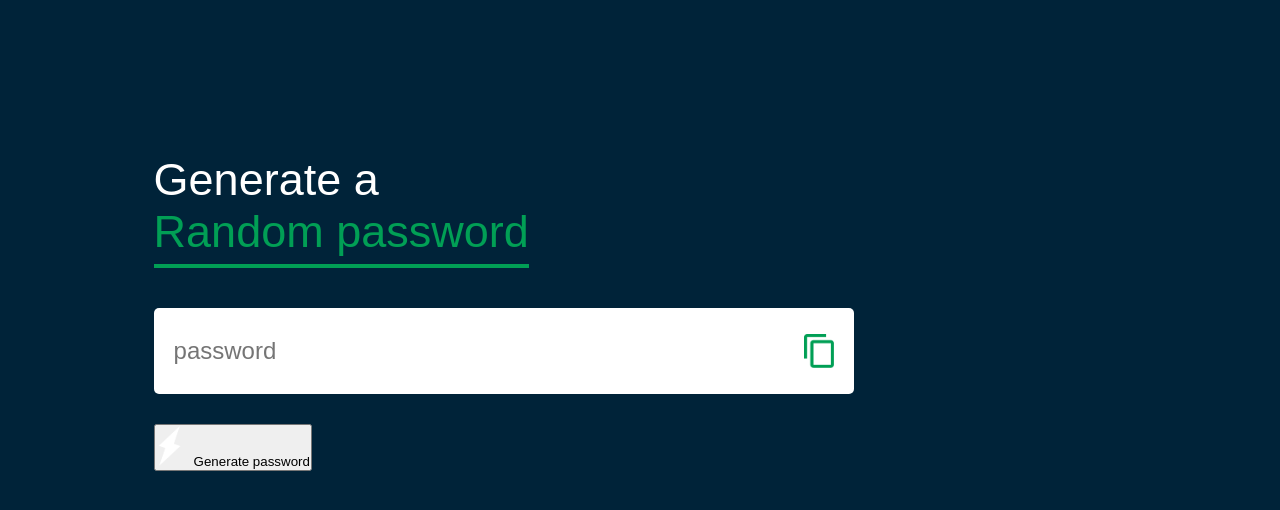
Repository: YAAMAR/password-generator
Page: Random password/index.html
The author's editor kept a copy of each file at every save. The page is drawn from the files as they stood at one save, then again after a run of saves.
The browser window is 1280 px wide. The pictures show the whole page.

Above is the page before, as saved 2024-05-02 19:13:23.

### Random password/index.html
<!DOCTYPE html>
<html lang="en">
<head>
    <meta charset="UTF-8">
    <meta name="viewport" content="width=device-width, initial-scale=1.0">
    <title>Random Password Generator-Easy Tutorials</title>
    <link rel="stylesheet" href="style.css">
</head>
<body>
    <div class="container">

        <h1>Generate a <br> <span>Random password</span></h1>
        <div class="display">

            <input type="text" id="password" placeholder="password">
            <img src="images/copy.png">
        </div>
        <button> <img src="images/generate.png">Generate password</button>
    </div>
</body>
</html>

### Random password/style.css
*{
    margin: 0;
    padding: 0;
    font-family: 'poppins',sans-serif;
    box-sizing: border-box;
}
body{
    background: #002339;
    color: #fff;
}
.container{
    margin: 12%;
    width: 90%;
    max-width: 700px;
}
.display{
    width: 100%;
    margin-top: 50px;
    margin-bottom: 30px;
    background:#fff ;
color: #fff;
display: flex;
align-items: center;
justify-content: space-between;
padding: 26px 20px;
border-radius: 5px;
}
.container h1{
    font-weight: 500;
    font-size: 45px;
}
.container h1 span{
    color: #019f55;
    border-bottom:4px solid #019f55 ;
    padding-bottom:7px ;

}
.display img{
    width: 30px;
    cursor: pointer;
}
.display input{
    border: 0;
    outline: 0;
    font-size: 24px;
}
.container button img{
    width: 28px;
    margin-right: 10px;

}
.container button{

}

After the next 14 saves:
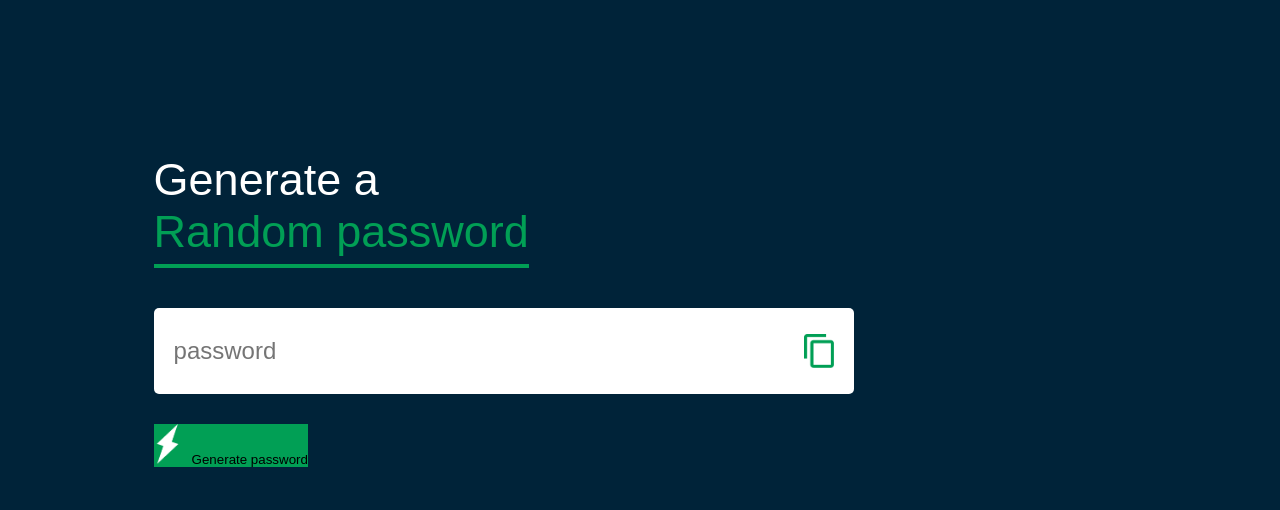
The 14 saves are shown as one change because they came seconds apart.
The last was saved 38 s later.
--- a/Random password/style.css
+++ b/Random password/style.css
@@ -50,5 +50,7 @@ border-radius: 5px;
 
 }
 .container button{
-
+    border: 0;
+    outline: 0;
+    background: #019f55;
 }
